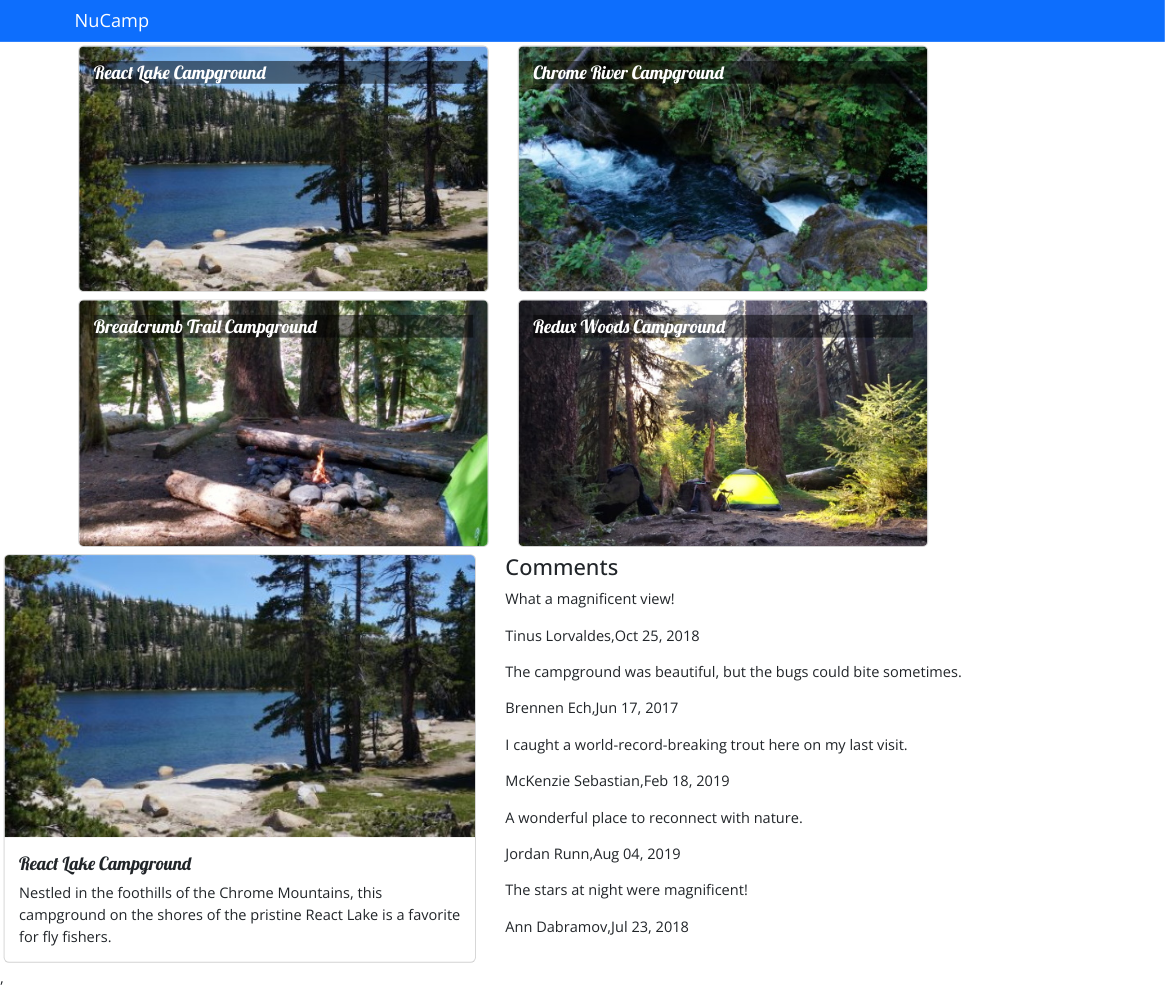
Repository: yadig69/nucampsite-react
Page: /, after clicking the first element matching `div.card`
An editor plug-in stored every save of this project. The page is shown before and after the next save, followed by the edit.
The browser window is 1280 px wide. The page is 1292 px wide, then 1280 px, so the pictures cover 1292 px, including what lies to the right of the window. The pictures show the whole page, at 91% of full size.
The project was rebuilt for these pictures with package versions that can differ from the ones it lists, and the page was loaded fresh each time.

Above is the page before, as saved 2020-12-29 05:33:42.

After the next save:
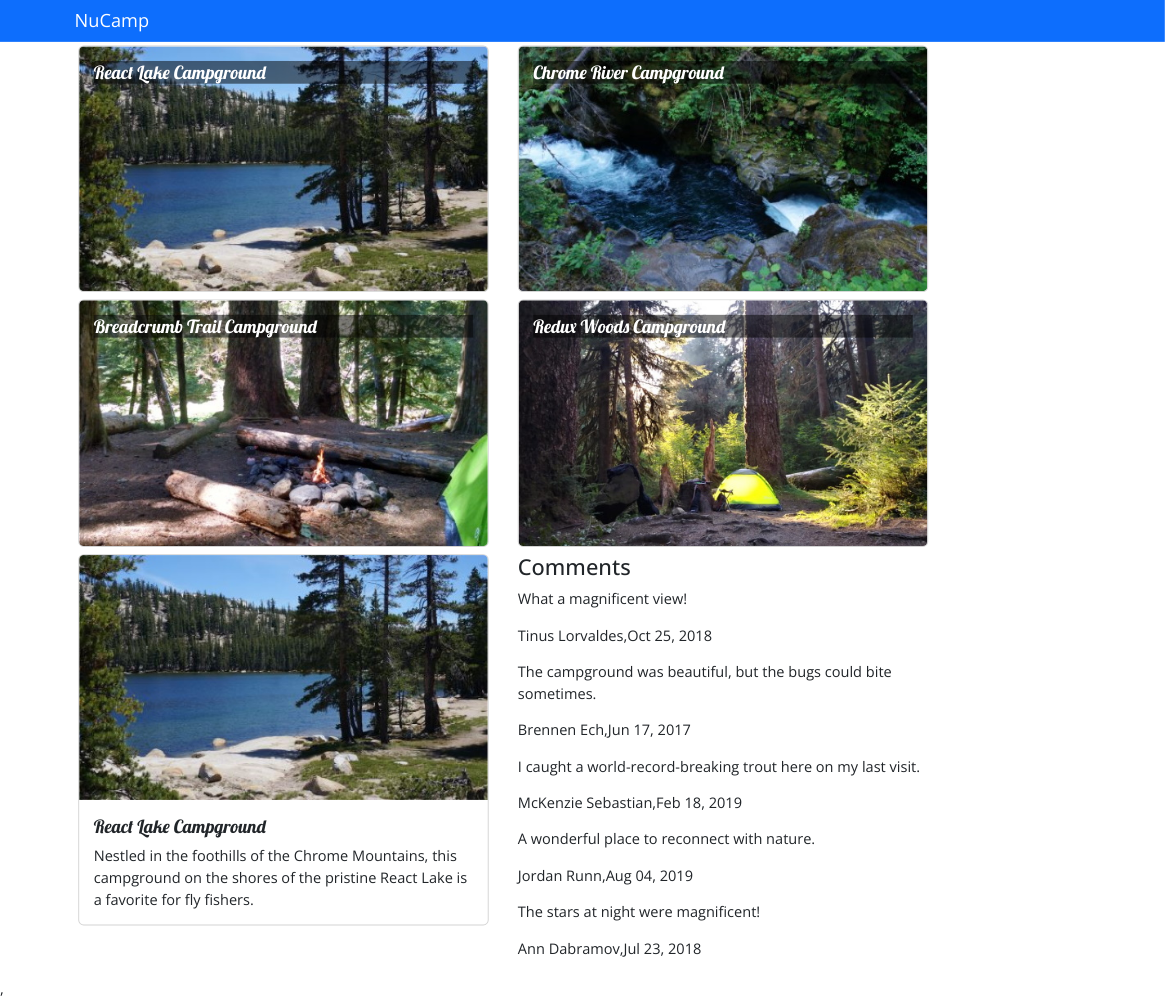
Saved 4 min 51 s later.
--- a/src/components/CampsiteInfoComponent.js
+++ b/src/components/CampsiteInfoComponent.js
@@ -55,10 +55,12 @@
   render() {
     if (this.props.campsite) {
       return (
-      <div className="row">
-       { this.renderCampsite(this.props.campsite)}
-        {this.renderComments(this.props.campsite.comments)}
-      </div>
+        <div className="container">
+          <div className="row">
+            {this.renderCampsite(this.props.campsite)}
+            {this.renderComments(this.props.campsite.comments)}
+          </div>
+        </div>
       );
     } else {
       return <div> </div>;
